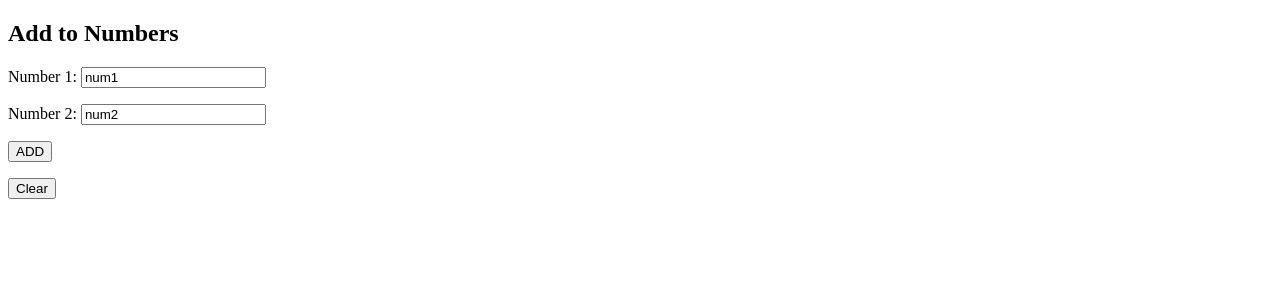
Repository: GuptaReena/Java-Spring
Page: AddWebProject/src/main/webapp/Add.html
These files come from the project's save history. The page is drawn as it stood at one moment and after the next save; the edit follows.
The browser window is 1280 px wide. The pictures show the whole page.

Above is the page before, as saved 2024-07-12 10:18:58.

After the next save:
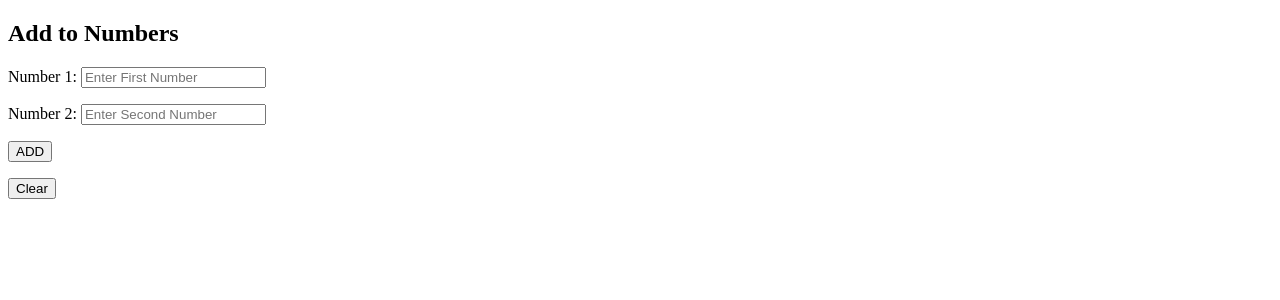
Saved 95 s later.
--- a/AddWebProject/src/main/webapp/Add.html
+++ b/AddWebProject/src/main/webapp/Add.html
@@ -9,8 +9,8 @@
 	<form action="AddServlet" method="get">
 
 		<h2>Add to Numbers</h2>
-		<p>Number 1: <input type="text" value="num1" placeholder="Enter First Number"></p>
-		<p>Number 2: <input type="text" value="num2" placeholder="Enter Second Number"></p>
+		<p>Number 1: <input type="text" name="num1" placeholder="Enter First Number"></p>
+		<p>Number 2: <input type="text" name="num2" placeholder="Enter Second Number"></p>
 
 		<p><button value="submit">ADD</button> <p><button value="reset">Clear</button></p></p>
 
